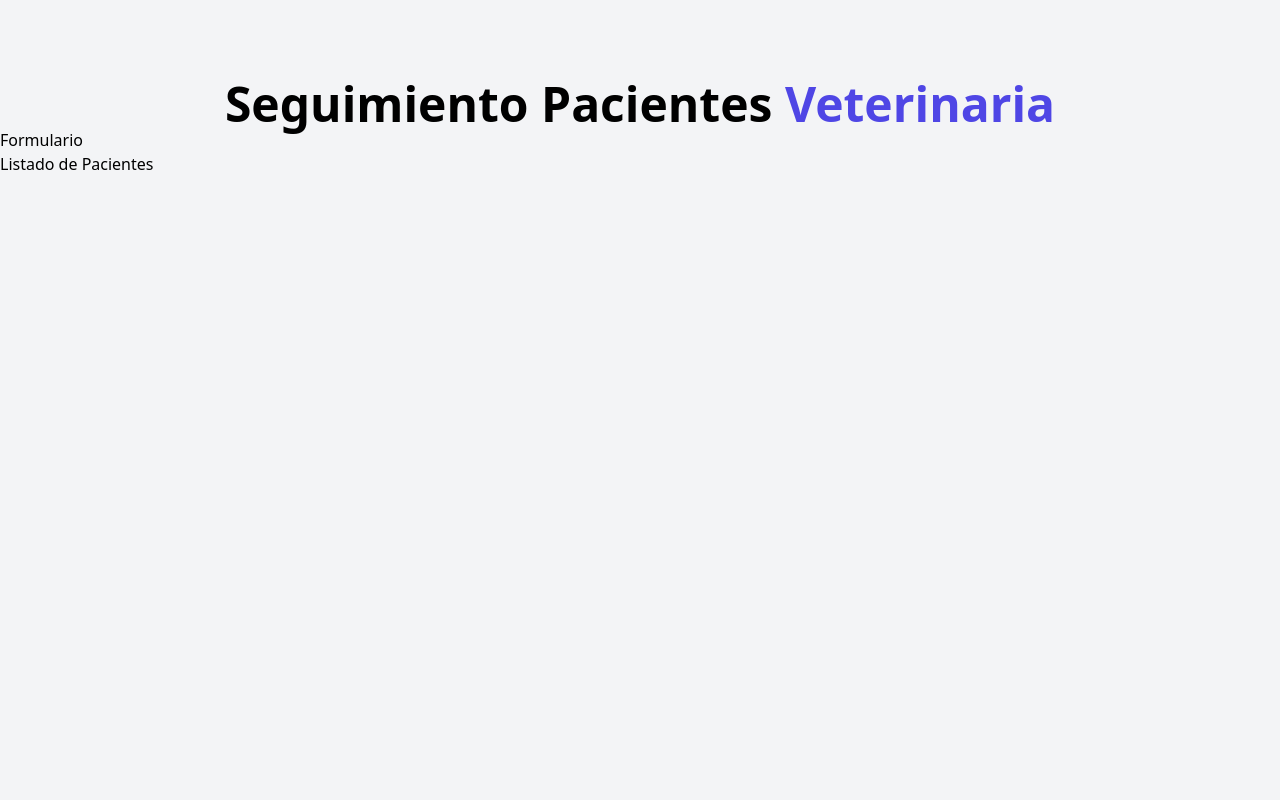
Repository: richardacb/citas_react_vite
Page: /
These files come from the project's save history. The page is drawn as it stood at one moment and after a run of saves; the edit follows.
The browser window is 1280 px wide. The pictures show the whole page.
The project was rebuilt for these pictures with package versions that can differ from the ones it lists, and the page was loaded fresh each time. Also part of the build but not shown: vite.config.js.

Above is the page before, as saved 2022-12-17 02:24:30.

After the next 4 saves:
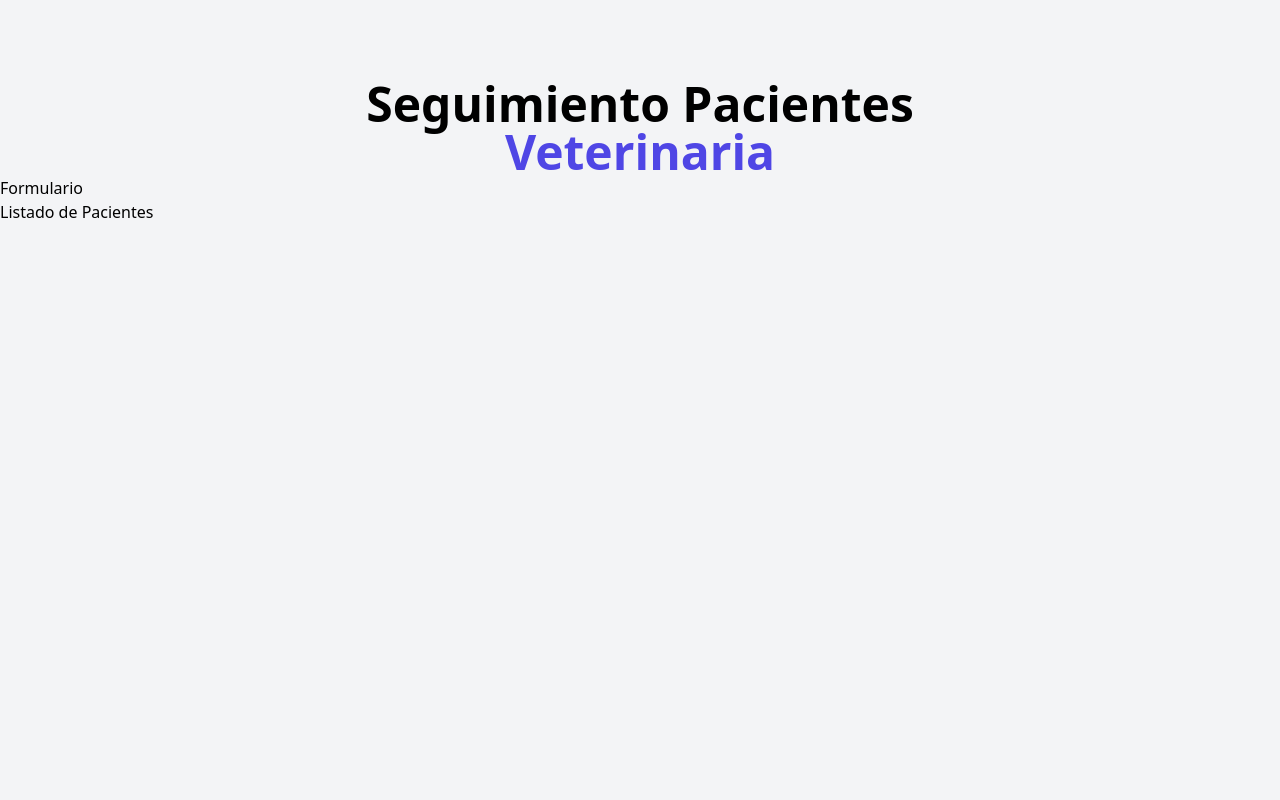
The 4 saves are shown as one change because they came seconds apart.
The last was saved 11 s later.
--- a/src/components/Header.jsx
+++ b/src/components/Header.jsx
@@ -1,7 +1,7 @@
 function Header() {
   return (
     <>
-        <h1 className="font-black text-5xl text-center ">Seguimiento Pacientes {''}
+        <h1 className="font-black text-5xl text-center w-1/2 mx-auto">Seguimiento Pacientes {''}
          <span className="text-indigo-600">Veterinaria</span></h1>
     </>
   );

After the 3 saves that followed:
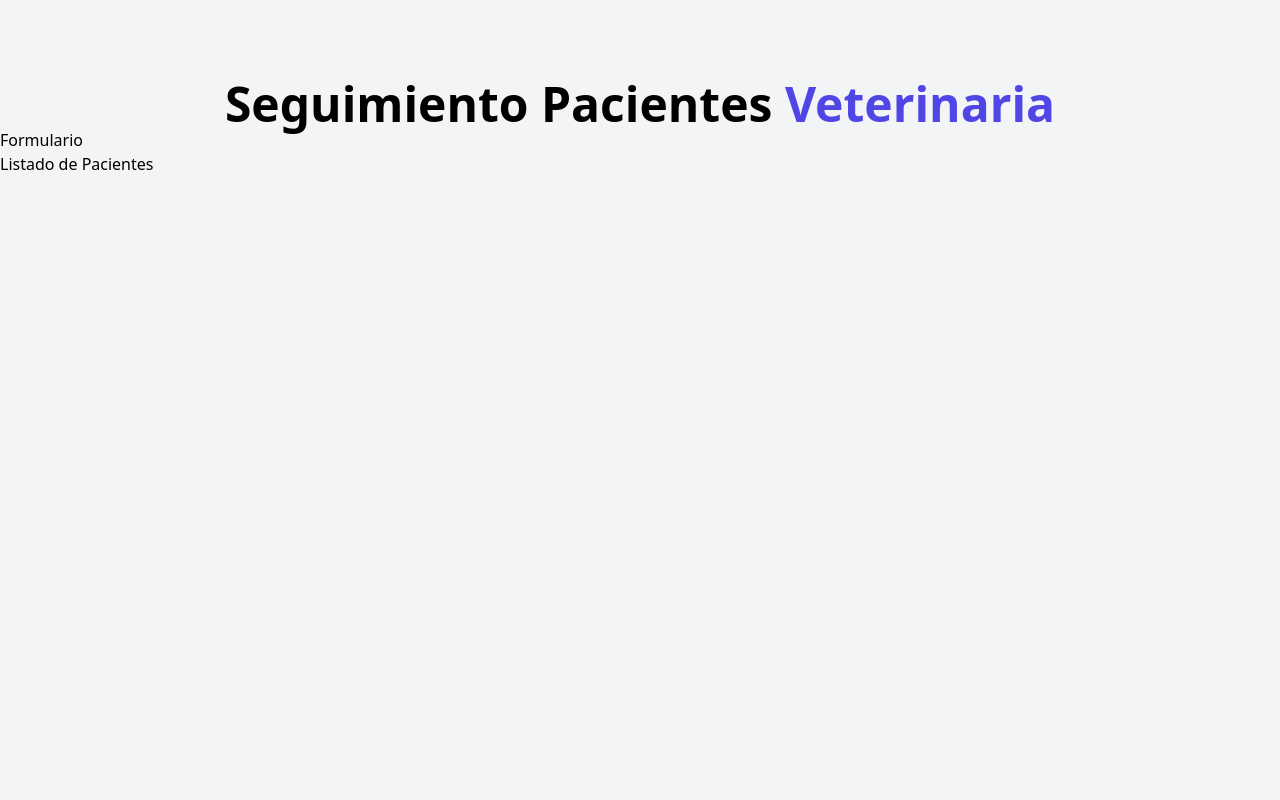
The 3 saves are shown as one change because 1 left the picture as it was and some came seconds apart.
The last was saved 3 min 56 s later.
--- a/src/components/Header.jsx
+++ b/src/components/Header.jsx
@@ -1,7 +1,7 @@
 function Header() {
   return (
     <>
-        <h1 className="font-black text-5xl text-center w-1/2 mx-auto">Seguimiento Pacientes {''}
+        <h1 className="font-black text-5xl text-center md:w-2/3 mx-auto">Seguimiento Pacientes {''}
          <span className="text-indigo-600">Veterinaria</span></h1>
     </>
   );
